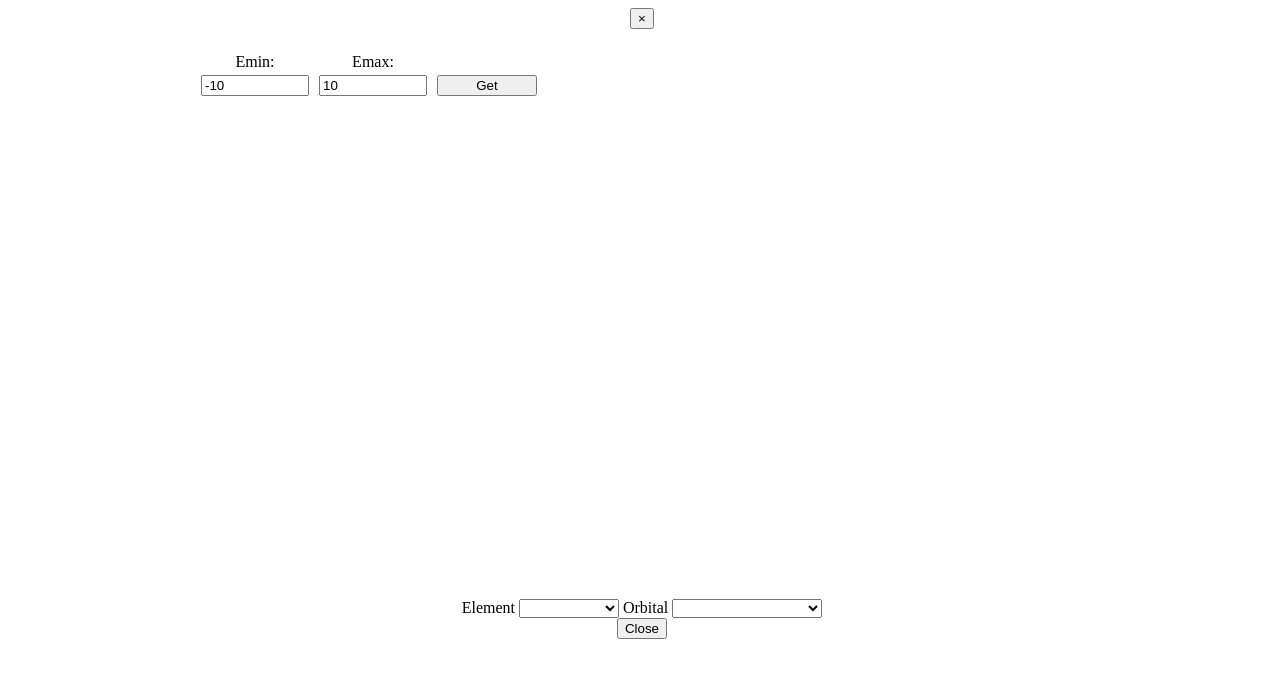
Repository: atowfiq/FESD_website-scripts
Page: http://localhost/fesdweb/BandstructureChart.jsp
An editor plug-in stored every save of this project. The page is shown before and after the next save, followed by the edit.
The browser window is 1280 px wide. The pictures show the whole page.
The page is served by Tomcat 9.

Above is the page before, as saved 2017-07-28 01:05:54.

After the next save:
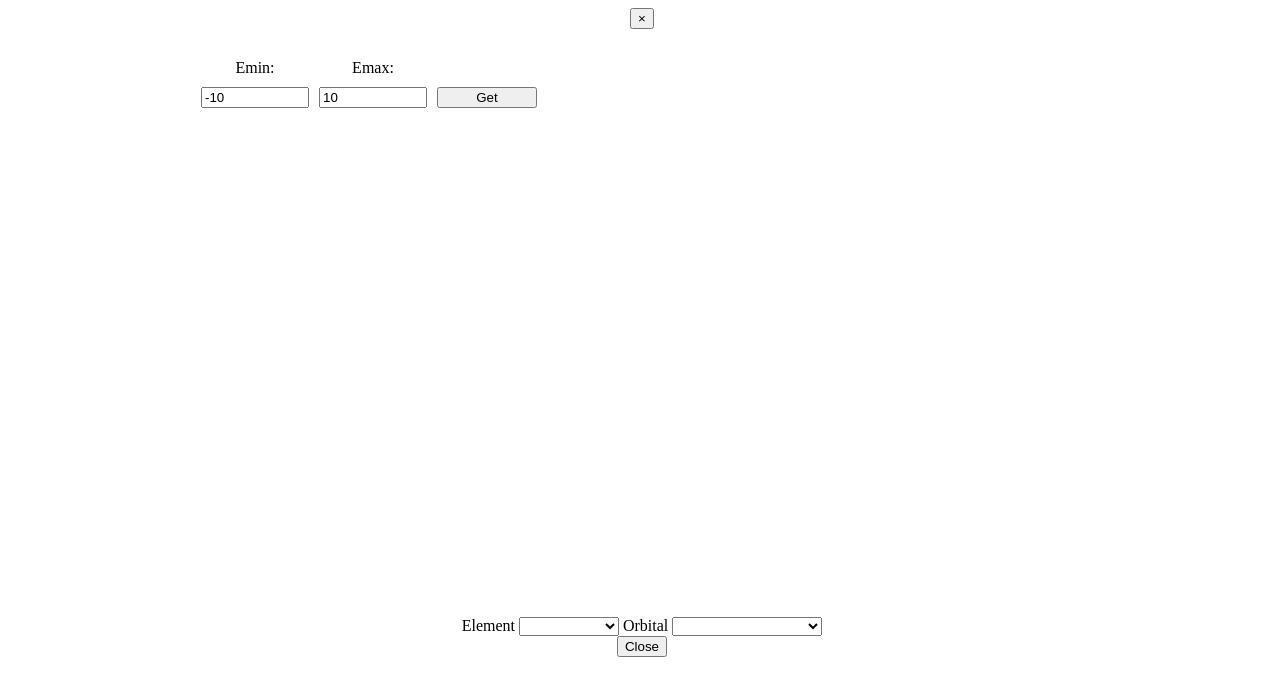
Saved 60 s later.
--- a/fesdweb/WebContent/BandstructureChart.jsp
+++ b/fesdweb/WebContent/BandstructureChart.jsp
@@ -34,7 +34,7 @@ margin-top:-40px;
   text-align: center;
   vertical-align: middle;
 }
-#BandstructureTable {border-spacing: 8px 2px;}
+#BandstructureTable {border-spacing: 8px}
 </style>
 
     <script type="text/javascript">
